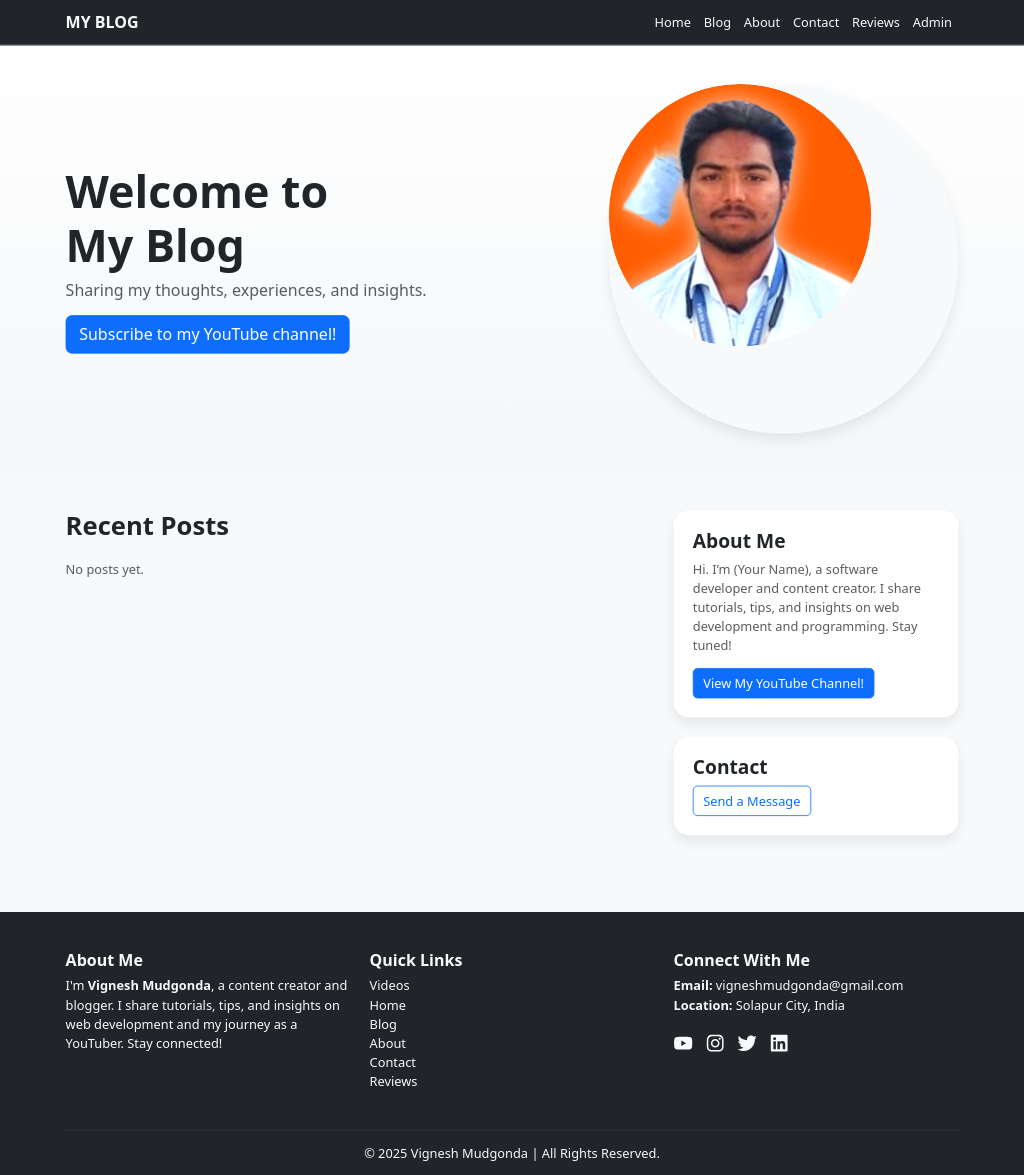
Repository: vigneshmudgonda/Blog2
Page: / (app in blog-frontend-full/)
An editor plug-in stored every save of this project. The page is shown before and after the next save, followed by the edit.
The browser window is 1280 px wide. The pictures show the whole page, at 80% of full size.
The page's requests for data from a server got no answer. The project was rebuilt for these pictures with package versions that can differ from the ones it lists, and the page was loaded fresh each time. No one was signed in, and anything a server would have sent is missing. Also part of the build but not shown: blog-frontend-full/src/pages/BlogList.js, blog-frontend-full/src/pages/BlogDetail.js, blog-frontend-full/src/pages/Reviews.js, blog-frontend-full/src/pages/Contact.js, blog-frontend-full/src/pages/About.js, blog-frontend-full/src/pages/AdminLogin.js, blog-frontend-full/src/pages/AdminDashboard.js, blog-frontend-full/src/pages/YoutubeVideos.js and 1 more.

Above is the page before, as saved 2025-08-19 21:18:49.

### blog-frontend-full/public/index.html
<!DOCTYPE html>
<html lang="en">
  <head>
    <meta charset="utf-8" />
    <meta name="viewport" content="width=device-width, initial-scale=1" />
    <title>My Blog</title>
    <meta name="description" content="Personal blog powered by React + Bootstrap" />
    <link rel="icon" href="%PUBLIC_URL%/favicon.ico" />
  </head>
  <body>
    <noscript>You need to enable JavaScript to run this app.</noscript>
    <div id="root"></div>
  </body>
</html>

### blog-frontend-full/src/index.js
import React from 'react';
import { createRoot } from 'react-dom/client';
import { BrowserRouter } from 'react-router-dom';
import App from './App';
import 'bootstrap/dist/css/bootstrap.min.css';
import 'bootstrap/dist/js/bootstrap.bundle.min.js';
import './index.css';

const root = createRoot(document.getElementById('root'));
root.render(
  <BrowserRouter>
    <App/>
  </BrowserRouter>
);

### blog-frontend-full/src/App.js
import React from 'react';
import { Routes, Route } from 'react-router-dom';
import Navbar from './components/Navbar';
import Footer from './components/Footer';
import Home from './pages/Home';
import BlogList from './pages/BlogList';
import BlogDetail from './pages/BlogDetail';
import Reviews from './pages/Reviews';
import Contact from './pages/Contact';
import About from './pages/About';
import AdminLogin from './pages/AdminLogin';

import AdminDashboard from "./pages/AdminDashboard";
import YoutubeVideos from "./pages/YoutubeVideos";
import PrivateRoute from "./components/PrivateRoute";

export default function App(){
  return (
    <div className="d-flex flex-column min-vh-100">
      <Navbar/>
      <main className="flex-grow-1">
        <Routes>
          <Route path="/" element={<Home/>} />
          <Route path="/blog" element={<BlogList/>} />
          <Route path="/blog/:id" element={<BlogDetail/>} />
          <Route path="/reviews" element={<Reviews/>} />
          <Route path="/contact" element={<Contact/>} />
          <Route path="/about" element={<About/>} />
          <Route path="/login" element={<AdminLogin/>} />


          <Route path="/youtube" element={<YoutubeVideos />} />
             <Route
          path="/admin"
          element={
            <PrivateRoute>
              <AdminDashboard />
            </PrivateRoute>
          }
        />
        </Routes>
      </main>
      <Footer/>
    </div>
  );
}

### blog-frontend-full/src/index.css
:root{--radius:1.25rem}
body{background:#f8f9fa}
.shadow-soft{box-shadow:0 .5rem 1rem rgba(0,0,0,.08)}
.rounded-2xl{border-radius:var(--radius)}
.hero{background:linear-gradient(180deg,#ffffff 0%,#f4f6f8 100%)}
.post-card img{object-fit:cover;height:180px}
a{text-decoration:none}

### blog-frontend-full/src/components/Navbar.js
import React from 'react';
import { Link, NavLink } from 'react-router-dom';

export default function Navbar(){
  return (
    <nav className="navbar navbar-expand-lg bg-dark border-bottom sticky-top">
      <div className="container">
        <Link className="navbar-brand fw-bold text-light " to="/">MY BLOG</Link>
        <button className="navbar-toggler" type="button" data-bs-toggle="collapse" data-bs-target="#nav">
          <span className="navbar-toggler-icon"></span>
        </button>
        <div id="nav" className="collapse navbar-collapse ">
          <ul className="navbar-nav ms-auto">
            <li className="nav-item"><NavLink end className="nav-link text-light " to="/">Home</NavLink></li>
            <li className="nav-item"><NavLink className="nav-link text-light " to="/blog">Blog</NavLink></li>
            <li className="nav-item"><NavLink className="nav-link text-light " to="/about">About</NavLink></li>
            <li className="nav-item"><NavLink className="nav-link text-light " to="/contact">Contact</NavLink></li>
            <li className="nav-item"><NavLink className="nav-link text-light " to="/reviews">Reviews</NavLink></li>
            <li className="nav-item"><NavLink className="nav-link text-light " to="/login">Admin</NavLink></li>
          </ul>
        </div>
      </div>
    </nav>
  );
}

### blog-frontend-full/src/components/Footer.js
import React from "react";
import { Link } from "react-router-dom";
import {
  FaYoutube,
  FaInstagram,
  FaTwitter,
  FaLinkedin,
} from "react-icons/fa";

export default function Footer() {
  return (
    <footer className="bg-dark text-light pt-5 pb-3 mt-5">
      <div className="container">
        <div className="row">
          {/* About Me */}
          <div className="col-md-4 mb-3">
            <h5 className="fw-bold">About Me</h5>
            <p>
              I'm <strong>Vignesh Mudgonda</strong>, a content creator and
              blogger. I share tutorials, tips, and insights on web development
              and my journey as a YouTuber. Stay connected!
            </p>
          </div>

          {/* Quick Links */}
          <div className="col-md-4 mb-3">
            <h5 className="fw-bold">Quick Links</h5>
            <ul className="list-unstyled">
              <li><Link to="/youtube" className="text-light text-decoration-none">Videos</Link></li>
              <li><Link to="/" className="text-light text-decoration-none">Home</Link></li>
              <li><Link to="/blog" className="text-light text-decoration-none">Blog</Link></li>
              <li><Link to="/about" className="text-light text-decoration-none">About</Link></li>
              <li><Link to="/contact" className="text-light text-decoration-none">Contact</Link></li>
              <li><Link to="/reviews" className="text-light text-decoration-none">Reviews</Link></li>
            </ul>
          </div>

          {/* Connect With Me */}
          <div className="col-md-4 mb-3">
            <h5 className="fw-bold">Connect With Me</h5>
            <p>
              <strong>Email:</strong>{" "}
              <a
                href="mailto:vigneshmudgonda@gmail.com"
                className="text-light text-decoration-none"
              >
                vigneshmudgonda@gmail.com
              </a>
              <br />
              <strong>Location:</strong> Solapur City, India
            </p>
            <div className="d-flex gap-3 fs-4">
              <a href="https://youtube.com" className="text-light"><FaYoutube /></a>
              <a href="https://instagram.com" className="text-light"><FaInstagram /></a>
              <a href="https://twitter.com" className="text-light"><FaTwitter /></a>
              <a href="https://linkedin.com" className="text-light"><FaLinkedin /></a>
            </div>
          </div>
        </div>

        <hr className="border-secondary" />
        <p className="text-center mb-0">
          © 2025 Vignesh Mudgonda | All Rights Reserved.
        </p>
      </div>
    </footer>
  );
}

### blog-frontend-full/src/pages/Home.js
import React, { useEffect, useState } from 'react';
import { Link } from 'react-router-dom';
import api from '../services/api';

export default function Home(){
  const [posts, setPosts] = useState([]);

  useEffect(()=>{
    (async ()=>{
      try{
        const res = await api.get('/api/blogs', { params: { limit: 2, page: 1 } });
        setPosts(res.data.blogs || []);
      }catch(e){ console.error(e); }
    })();
  },[]);

  return (
    <div>
      <section className="hero py-5">
        <div className="container">
          <div className="row align-items-center g-5">
            <div className="col-lg-7">
              <h1 className="display-4 fw-bold">Welcome to<br/>My Blog</h1>
              <p className="lead text-muted">Sharing my thoughts, experiences, and insights.</p>
              <a href={process.env.REACT_APP_YOUTUBE_URL || '#'} target="_blank" rel="noreferrer" className="btn btn-primary btn-lg">Subscribe to my YouTube channel!</a>
            </div>
            <div className="col-lg-5">
              <div className="bg-light rounded-circle ratio ratio-1x1 d-flex align-items-center justify-content-center shadow-soft">
                <img alt="Profile" className="rounded-circle w-75 h-75 object-fit-cover" src="picofme.png" />
              </div>
            </div>
          </div>
        </div>
      </section>

      <section className="container my-5">
        <div className="row">
          <div className="col-lg-8">
            <h2 className="fw-bold mb-4">Recent Posts</h2>
            <div className="row g-4">
              {posts.map(p => (
                <div className="col-md-6" key={p._id}>
                  <div className="card rounded-2xl shadow-soft post-card h-100">
                    {p.image && <img src={p.image} className="card-img-top" alt={p.title}/>}
                    <div className="card-body">
                      <h5 className="card-title">{p.title}</h5>
                      <p className="text-muted small mb-2">{new Date(p.createdAt || Date.now()).toDateString()}</p>
                      <p className="card-text">{(p.content || '').slice(0,100)}...</p>
                      <Link to={`/blog/${p._id}`} className="btn btn-outline-primary btn-sm">Read More</Link>
                    </div>
                  </div>
                </div>
              ))}
              {!posts.length && <p className="text-muted">No posts yet.</p>}
            </div>
          </div>

          <div className="col-lg-4">
            <div className="mb-4 p-4 bg-white rounded-2xl shadow-soft">
              <h4 className="fw-bold">About Me</h4>
              <p className="text-muted">Hi. I’m (Your Name), a software developer and content creator. I share tutorials, tips, and insights on web development and programming. Stay tuned!</p>
              <a className="btn btn-primary" href={process.env.REACT_APP_YOUTUBE_URL || '#'} target="_blank" rel="noreferrer">View My YouTube Channel!</a>
            </div>
            <div className="p-4 bg-white rounded-2xl shadow-soft">
              <h4 className="fw-bold">Contact</h4>
              <Link className="btn btn-outline-primary" to="/contact">Send a Message</Link>
            </div>
          </div>
        </div>
      </section>
    </div>
  );
}

### blog-frontend-full/src/services/api.js
import axios from 'axios';
const API_URL = process.env.REACT_APP_API_URL || 'http://localhost:5000';
const api = axios.create({ baseURL: API_URL });
export default api;

After the next save:
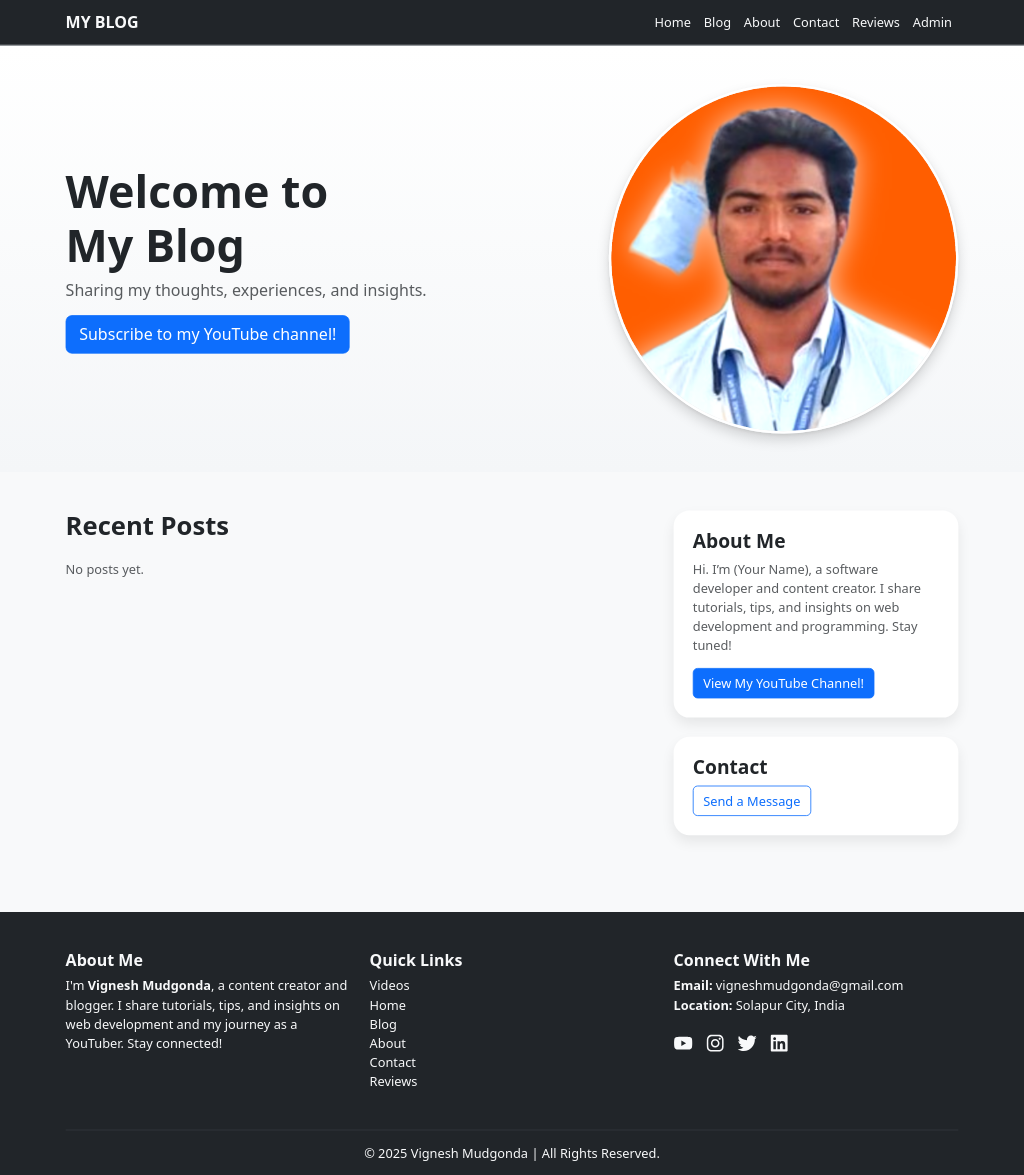
Saved 77 s later.
--- a/blog-frontend-full/src/pages/Home.js
+++ b/blog-frontend-full/src/pages/Home.js
@@ -25,9 +25,20 @@
               <a href={process.env.REACT_APP_YOUTUBE_URL || '#'} target="_blank" rel="noreferrer" className="btn btn-primary btn-lg">Subscribe to my YouTube channel!</a>
             </div>
             <div className="col-lg-5">
-              <div className="bg-light rounded-circle ratio ratio-1x1 d-flex align-items-center justify-content-center shadow-soft">
-                <img alt="Profile" className="rounded-circle w-75 h-75 object-fit-cover" src="picofme.png" />
-              </div>
+             <div
+  className="rounded-circle ratio ratio-1x1 d-flex align-items-center justify-content-center shadow"
+  style={{
+    background: "linear-gradient(135deg, #f8f9fa, #e9ecef)", // light gradient background
+    padding: "10px" // spacing between image and border
+  }}
+>
+  <img
+    alt="Profile"
+    className="rounded-circle w-100 h-100 object-fit-cover border border-3 border-white shadow-sm"
+    src="picofme.png"
+  />
+</div>
+
             </div>
           </div>
         </div>

After the save that followed:
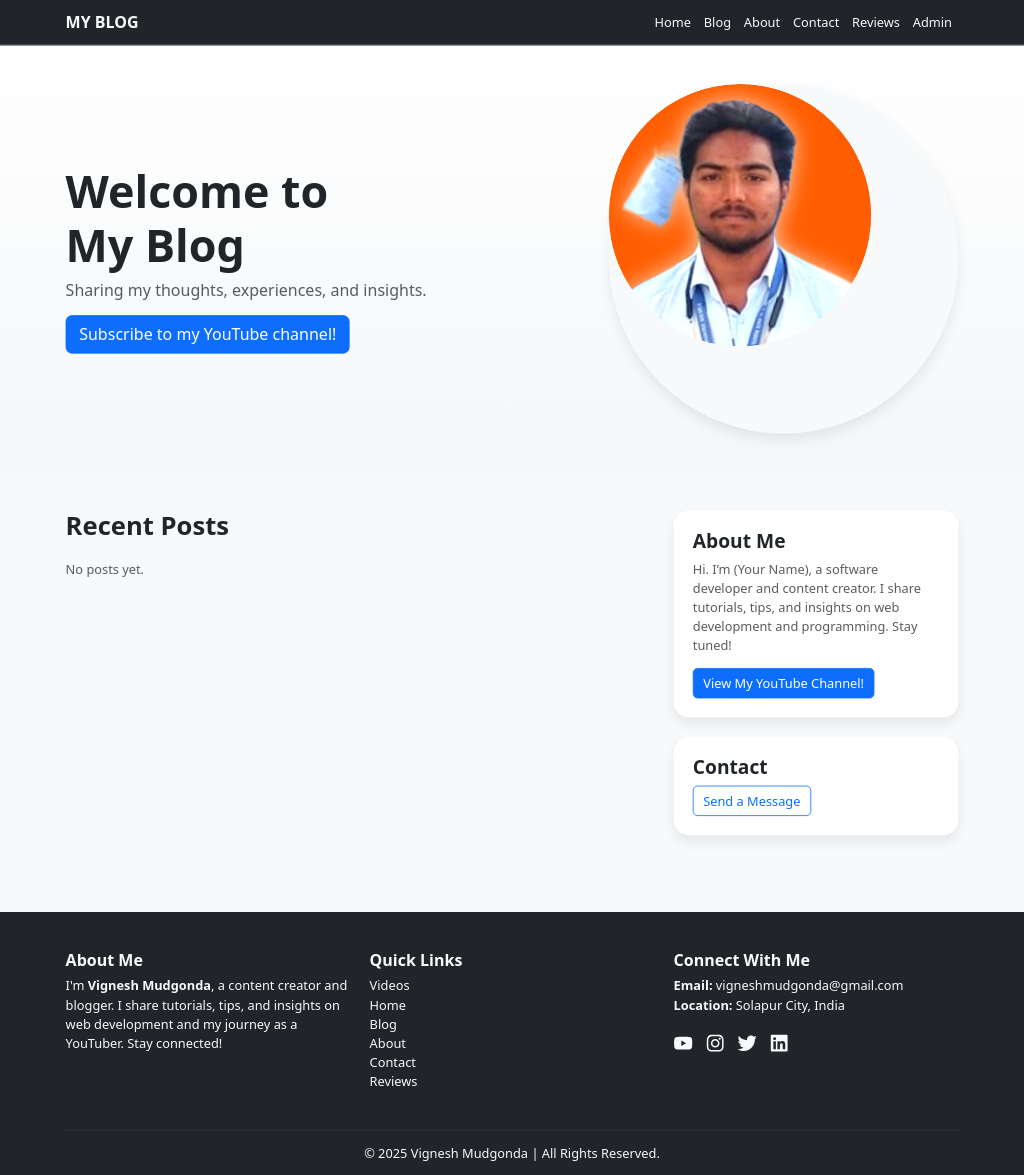
Saved 67 s later.
--- a/blog-frontend-full/src/pages/Home.js
+++ b/blog-frontend-full/src/pages/Home.js
@@ -25,20 +25,9 @@
               <a href={process.env.REACT_APP_YOUTUBE_URL || '#'} target="_blank" rel="noreferrer" className="btn btn-primary btn-lg">Subscribe to my YouTube channel!</a>
             </div>
             <div className="col-lg-5">
-             <div
-  className="rounded-circle ratio ratio-1x1 d-flex align-items-center justify-content-center shadow"
-  style={{
-    background: "linear-gradient(135deg, #f8f9fa, #e9ecef)", // light gradient background
-    padding: "10px" // spacing between image and border
-  }}
->
-  <img
-    alt="Profile"
-    className="rounded-circle w-100 h-100 object-fit-cover border border-3 border-white shadow-sm"
-    src="picofme.png"
-  />
-</div>
-
+              <div className="bg-light rounded-circle ratio ratio-1x1 d-flex align-items-center justify-content-center shadow-soft">
+                <img alt="Profile" className="rounded-circle w-75 h-75 object-fit-cover" src="picofme.png" />
+              </div>
             </div>
           </div>
         </div>
